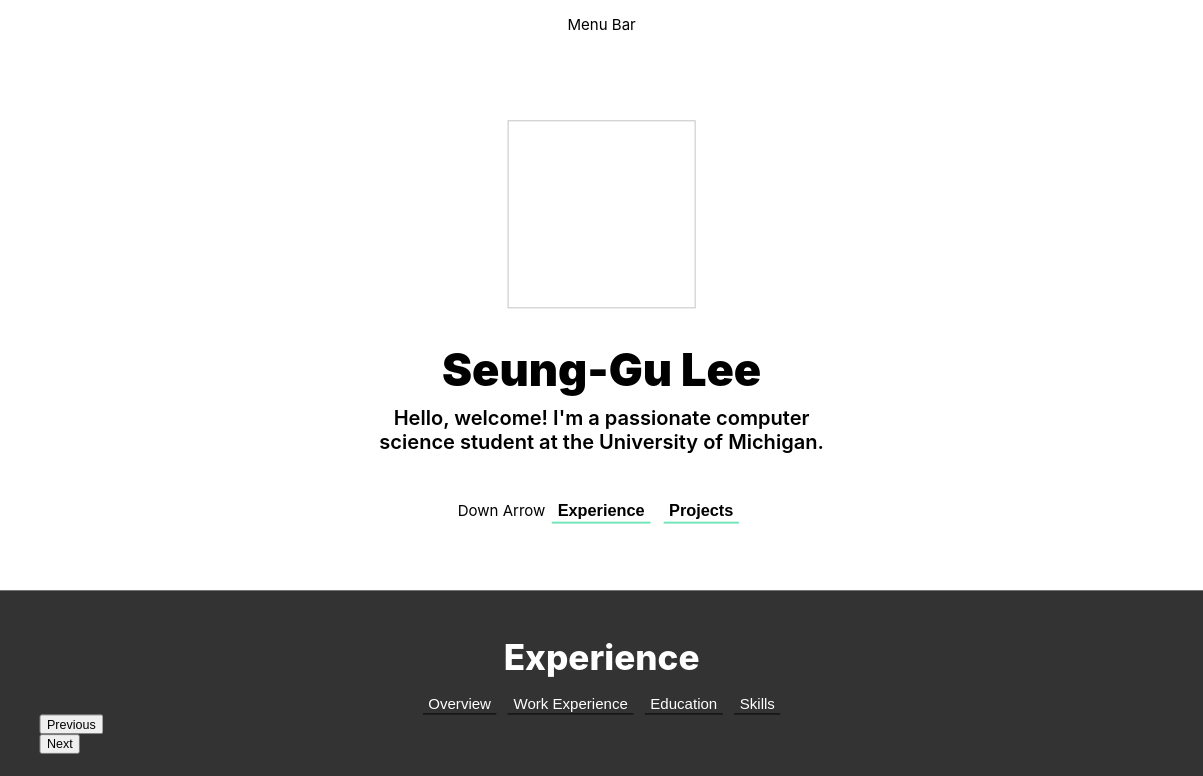
Repository: sgl33/sgl.dev-v2
Page: /
An editor plug-in stored every save of this project. The page is shown before and after the next save, followed by the edit.
The browser window is 1280 px wide. The pictures show the whole page, at 94% of full size.
The project was rebuilt for these pictures with package versions that can differ from the ones it lists, and the page was loaded fresh each time.

Above is the page before, as saved 2024-02-27 22:03:45.

### src/App/App.tsx
import React from 'react';
import '../css/general.css';


import MenuBar from './MenuBar';
import Landing from './Landing';
import Experience from './Experience';

function App() {
  return (
    <div className="App">
        <MenuBar/>
        <Landing/>
        <Experience/>
    </div>
  );
}

export default App;

### src/css/general.css


h1 {
    font-size: 28pt;
    margin-bottom: 8px;
    font-weight: 800;
}



html {
    padding: 0;
}

.App {
  text-align: center;

}

.App-logo {
  height: 40vmin;
  pointer-events: none;
}

@media (prefers-reduced-motion: no-preference) {
  .App-logo {
    animation: App-logo-spin infinite 20s linear;
  }
}

.App-header {
  background-color: #282c34;
  min-height: 100vh;
  display: flex;
  flex-direction: column;
  align-items: center;
  justify-content: center;
  font-size: calc(10px + 2vmin);
  color: white;
}

.App-link {
  color: #61dafb;
}

@keyframes App-logo-spin {
  from {
    transform: rotate(0deg);
  }
  to {
    transform: rotate(360deg);
  }
}

### src/App/MenuBar.tsx


function MenuBar() {
    return (
        <div>
            <p>Menu Bar</p>
        </div>
    );
}

export default MenuBar;

### src/App/Landing.tsx
import '../css/general.css';
import '../css/landing.css';

function Landing() {
    return (
        <div id='landing-background'>
            <div id='landing-text-container'>
                <img id='landing-pic'></img>
                <h1>Seung-Gu Lee</h1>
                <h2>Hello, welcome! I'm a passionate computer science student at the University of Michigan.</h2>
            </div>
            <div id='landing-buttons-container'>
                Down Arrow
                <button className='landing-button'>Experience</button>
                <button className='landing-button'>Projects</button>
            </div>
        </div>
    );
}

export default Landing;

### src/App/Experience.tsx
import '../css/general.css';
import '../css/experience.css';
import Slider from 'react-slick';

function Experience() {
    var sliderSettings = {
        dots: true,
        slidesToShow: 4
    }

    return (
        <div id='experience'>
            <h1>Experience</h1>
            <div id='experience-buttons-container'>
                <button className='experience-button'>Overview</button>
                <button className='experience-button'>Work Experience</button>
                <button className='experience-button'>Education</button>
                <button className='experience-button'>Skills</button>
            </div>
            <div id='experience-carousel'>
                <Slider>

                </Slider>
            </div>
        </div>
    )
}

export default Experience;

### src/css/landing.css


#landing-background {
    padding: 64px 42px 64px 42px;
}

/* Text Container */
#landing-text-container {
    width: 480px;
    max-width: 90%;
    margin: 12px auto 42px auto;
}
#landing-pic {
    width: 200px;
    height: 200px;
}
#landing-text-container h1 {
    font-size: 36pt;
    margin-bottom: 8px;
    font-weight: 900;
}
#landing-text-container h2 {
    margin: 0px;
    font-size: 16pt;
    font-weight: 600;
}

/* Landing Buttons */
#landing-buttons-container {

}
#landing-buttons-container p {
    margin: 4px 0;
    display: inline-block;
    font-size: 13pt;
    font-weight: 500;
}
.landing-button {
    transition: 0.4s;
    margin: 7px;
    font-size: 13pt;
    font-weight: 600;
    color: black;
    text-decoration: none;
    background: none;
    border-style: none none solid none;
    border-color: #6ee3b6;
}
.landing-button:hover {
    background-color: rgba(0, 0, 0, 0.05);
}

/* #abffd7 */

### src/css/experience.css

#experience {
    background-color: #333333;
    padding: 24px 42px;
    color: white;
}

#experience h1 {
    color: white;

}

#experience-buttons-container {
    margin-top: 16px;
}
.experience-button {
    background: none;
    color: white;
    border-style: none none solid none;
    border-width: 1px;
    font-size: 12pt;
    font-weight: 500;
    margin: 0 6px;
}
.experience-button:hover {
    cursor: pointer;
}

Loaded but not shown: public/index.html (common file); src/index.tsx (common file); src/index.css (common file); src/reportWebVitals.ts (common file)

After the next save:
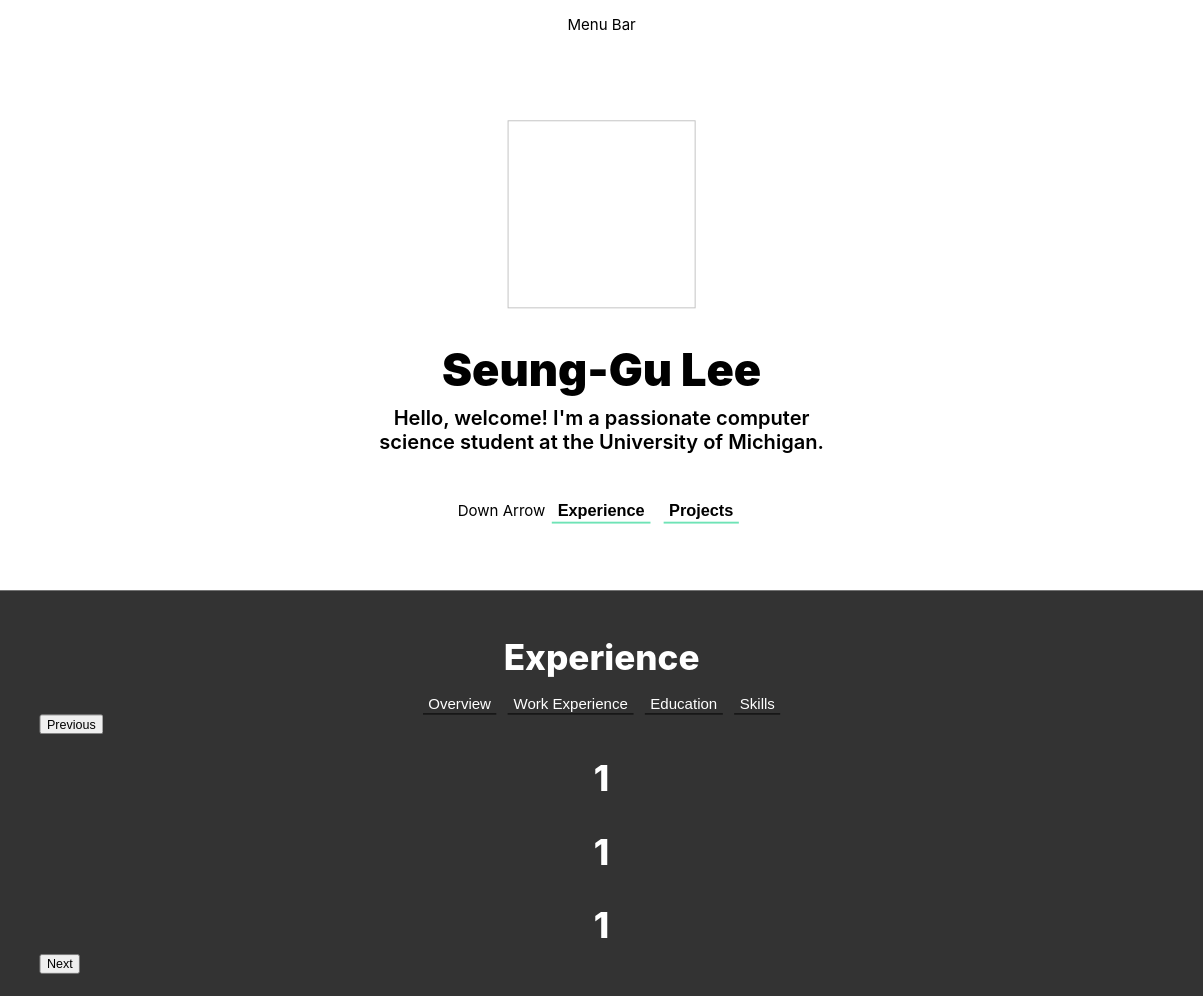
Saved 7 s later.
--- a/src/App/Experience.tsx
+++ b/src/App/Experience.tsx
@@ -19,7 +19,9 @@
             </div>
             <div id='experience-carousel'>
                 <Slider>
-
+                    <div>
+                        <h1>1</h1>
+                    </div>
                 </Slider>
             </div>
         </div>
